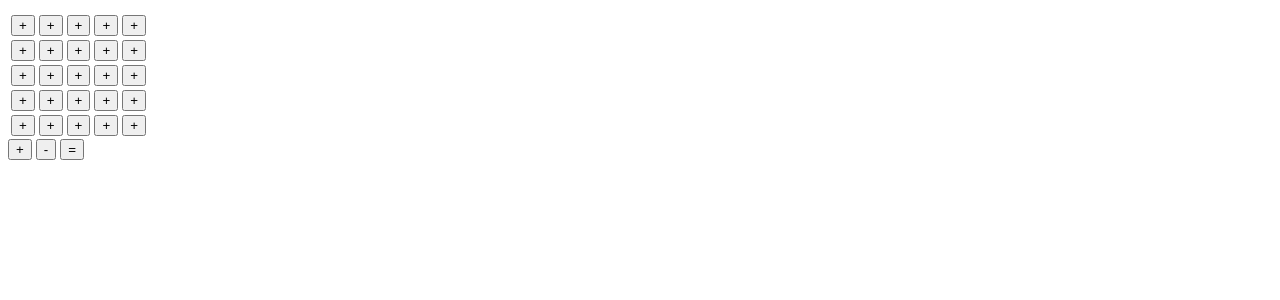
Repository: Doyoung-Park/JSP_Servlet
Page: workspace/JSPPrj/src/main/webapp/calc.html
An editor plug-in stored every save of this project. The page is shown before and after the next save, followed by the edit.
The browser window is 1280 px wide. The pictures show the whole page.

Above is the page before, as saved 2022-01-18 14:34:09.

### workspace/JSPPrj/src/main/webapp/calc.html
<!DOCTYPE html>
<html>
<head>
<meta charset="UTF-8">
<title>Insert title here</title>
</head>
<body>
	<div>
		<form action="calc" method="post">

		 	<table>
		 		<tr>

		 			<td></td>
		 		</tr>
		 		<tr>
		 			<td><input type="submit" name="operator" value="+"/></td>
		 			<td><input type="submit" name="operator" value="+"/></td>
		 			<td><input type="submit" name="operator" value="+"/></td>
		 			<td><input type="submit" name="operator" value="+"/></td>
		 			<td><input type="submit" name="operator" value="+"/></td>
		 		</tr>
		 		<tr>
		 			<td><input type="submit" name="operator" value="+"/></td>
		 			<td><input type="submit" name="operator" value="+"/></td>
		 			<td><input type="submit" name="operator" value="+"/></td>
		 			<td><input type="submit" name="operator" value="+"/></td>
		 			<td><input type="submit" name="operator" value="+"/></td>
		 		</tr>
		 		<tr>
		 			<td><input type="submit" name="operator" value="+"/></td>
		 			<td><input type="submit" name="operator" value="+"/></td>
		 			<td><input type="submit" name="operator" value="+"/></td>
		 			<td><input type="submit" name="operator" value="+"/></td>
		 			<td><input type="submit" name="operator" value="+"/></td>
		 		</tr>
		 		<tr>
		 			<td><input type="submit" name="operator" value="+"/></td>
		 			<td><input type="submit" name="operator" value="+"/></td>
		 			<td><input type="submit" name="operator" value="+"/></td>
		 			<td><input type="submit" name="operator" value="+"/></td>
		 			<td><input type="submit" name="operator" value="+"/></td>
		 		</tr>
		 		<tr>
		 			<td><input type="submit" name="operator" value="+"/></td>
		 			<td><input type="submit" name="operator" value="+"/></td>
		 			<td><input type="submit" name="operator" value="+"/></td>
		 			<td><input type="submit" name="operator" value="+"/></td>
		 			<td><input type="submit" name="operator" value="+"/></td>
		 		</tr>
		 	</table>
		 		<div>
		 			<input type="submit" name="operator" value="+"/>
		 			<input type="submit" name="operator" value="-"/>
		 			<input type="submit" name="operator" value="="/>
		 		</div>


		 </form>
	</div>

</body>
</html>

After the next save:
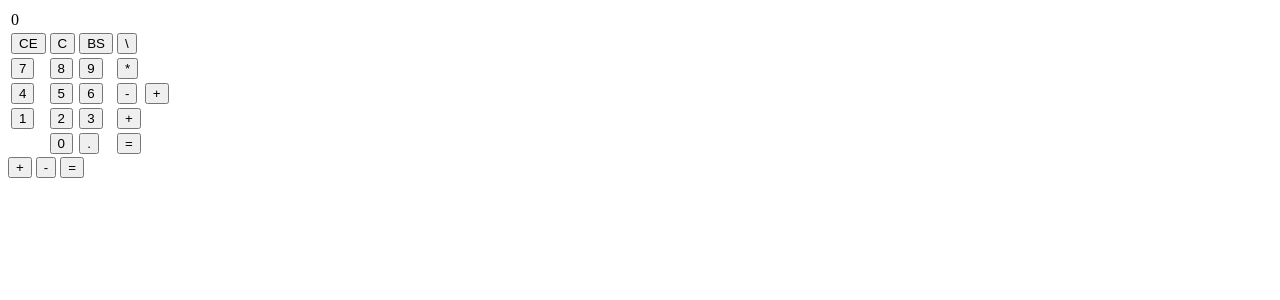
Saved 2 min 50 s later.
--- a/workspace/JSPPrj/src/main/webapp/calc.html
+++ b/workspace/JSPPrj/src/main/webapp/calc.html
@@ -11,42 +11,42 @@
 		 	<table>
 		 		<tr>
 
-		 			<td></td>
+		 			<td colspan="4">0</td>
 		 		</tr>
 		 		<tr>
-		 			<td><input type="submit" name="operator" value="+"/></td>
-		 			<td><input type="submit" name="operator" value="+"/></td>
-		 			<td><input type="submit" name="operator" value="+"/></td>
-		 			<td><input type="submit" name="operator" value="+"/></td>
+		 			<td><input type="submit" name="operator" value="CE"/></td>
+		 			<td><input type="submit" name="operator" value="C"/></td>
+		 			<td><input type="submit" name="operator" value="BS"/></td>
+		 			<td><input type="submit" name="operator" value="\"/></td>
+
+		 		</tr>
+		 		<tr>
+		 			<td><input type="submit" name="operator" value="7"/></td>
+		 			<td><input type="submit" name="operator" value="8"/></td>
+		 			<td><input type="submit" name="operator" value="9"/></td>
+		 			<td><input type="submit" name="operator" value="*"/></td>
+
+		 		</tr>
+		 		<tr>
+		 			<td><input type="submit" name="operator" value="4"/></td>
+		 			<td><input type="submit" name="operator" value="5"/></td>
+		 			<td><input type="submit" name="operator" value="6"/></td>
+		 			<td><input type="submit" name="operator" value="-"/></td>
 		 			<td><input type="submit" name="operator" value="+"/></td>
 		 		</tr>
 		 		<tr>
+		 			<td><input type="submit" name="operator" value="1"/></td>
+		 			<td><input type="submit" name="operator" value="2"/></td>
+		 			<td><input type="submit" name="operator" value="3"/></td>
 		 			<td><input type="submit" name="operator" value="+"/></td>
-		 			<td><input type="submit" name="operator" value="+"/></td>
-		 			<td><input type="submit" name="operator" value="+"/></td>
-		 			<td><input type="submit" name="operator" value="+"/></td>
-		 			<td><input type="submit" name="operator" value="+"/></td>
+
 		 		</tr>
 		 		<tr>
-		 			<td><input type="submit" name="operator" value="+"/></td>
-		 			<td><input type="submit" name="operator" value="+"/></td>
-		 			<td><input type="submit" name="operator" value="+"/></td>
-		 			<td><input type="submit" name="operator" value="+"/></td>
-		 			<td><input type="submit" name="operator" value="+"/></td>
-		 		</tr>
-		 		<tr>
-		 			<td><input type="submit" name="operator" value="+"/></td>
-		 			<td><input type="submit" name="operator" value="+"/></td>
-		 			<td><input type="submit" name="operator" value="+"/></td>
-		 			<td><input type="submit" name="operator" value="+"/></td>
-		 			<td><input type="submit" name="operator" value="+"/></td>
-		 		</tr>
-		 		<tr>
-		 			<td><input type="submit" name="operator" value="+"/></td>
-		 			<td><input type="submit" name="operator" value="+"/></td>
-		 			<td><input type="submit" name="operator" value="+"/></td>
-		 			<td><input type="submit" name="operator" value="+"/></td>
-		 			<td><input type="submit" name="operator" value="+"/></td>
+		 			<td></td>
+		 			<td><input type="submit" name="operator" value="0"/></td>
+		 			<td><input type="submit" name="operator" value="."/></td>
+		 			<td><input type="submit" name="operator" value="="/></td>
+
 		 		</tr>
 		 	</table>
 		 		<div>
